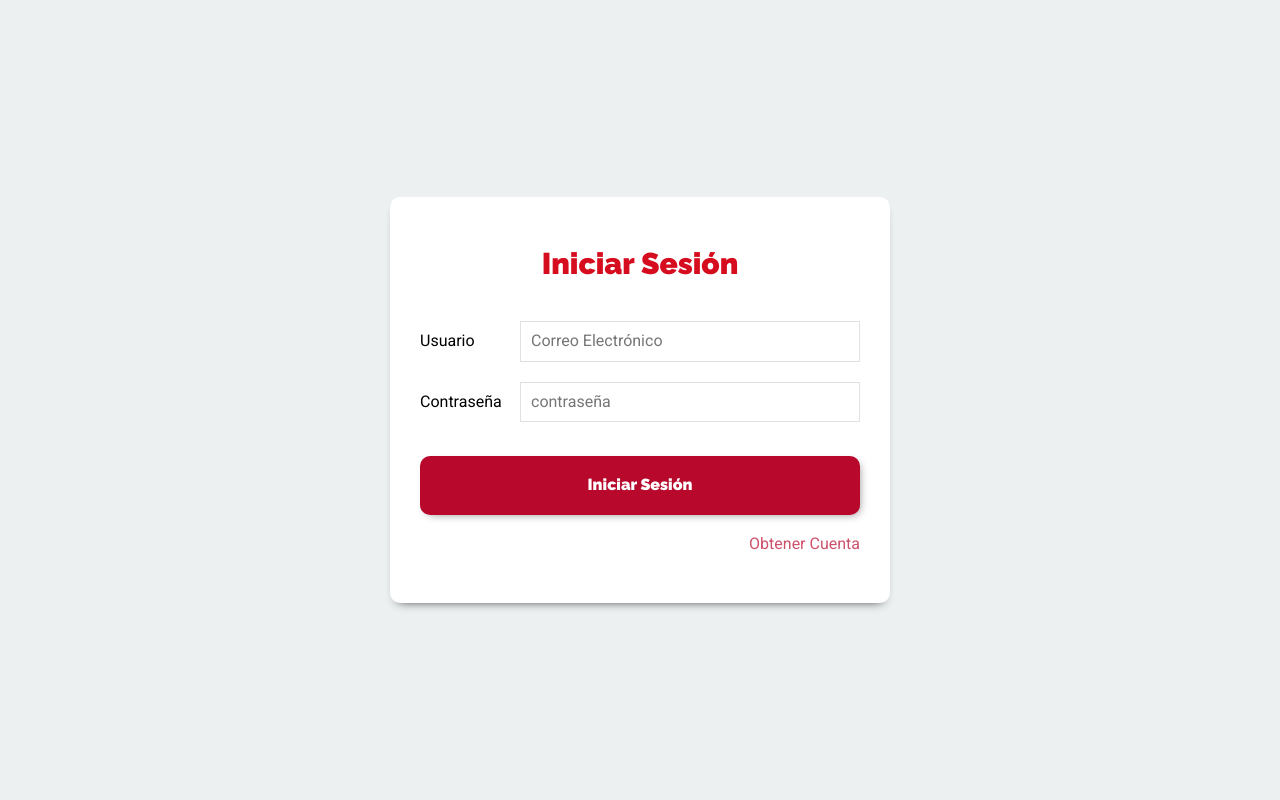
Repository: andrescovarrubias/admin-proyectos
Page: / (app in cliente/)
The author's editor kept a copy of each file at every save. The page is drawn from the files as they stood at one save, then again after the next save.
The browser window is 1280 px wide. The pictures show the whole page.
The pointer rests on the first visible `.btn-primario`.
The project was rebuilt for these pictures with package versions that can differ from the ones it lists, and the page was loaded fresh each time. Also part of the build but not shown: cliente/src/components/auth/NuevaCuenta.jsx, cliente/src/components/proyectos/NuevoProyecto.jsx, cliente/src/components/layout/SideBar.jsx, cliente/src/components/proyectos/Proyectos.jsx.

Above is the page before, as saved 2020-10-31 17:55:02.

After the next save:
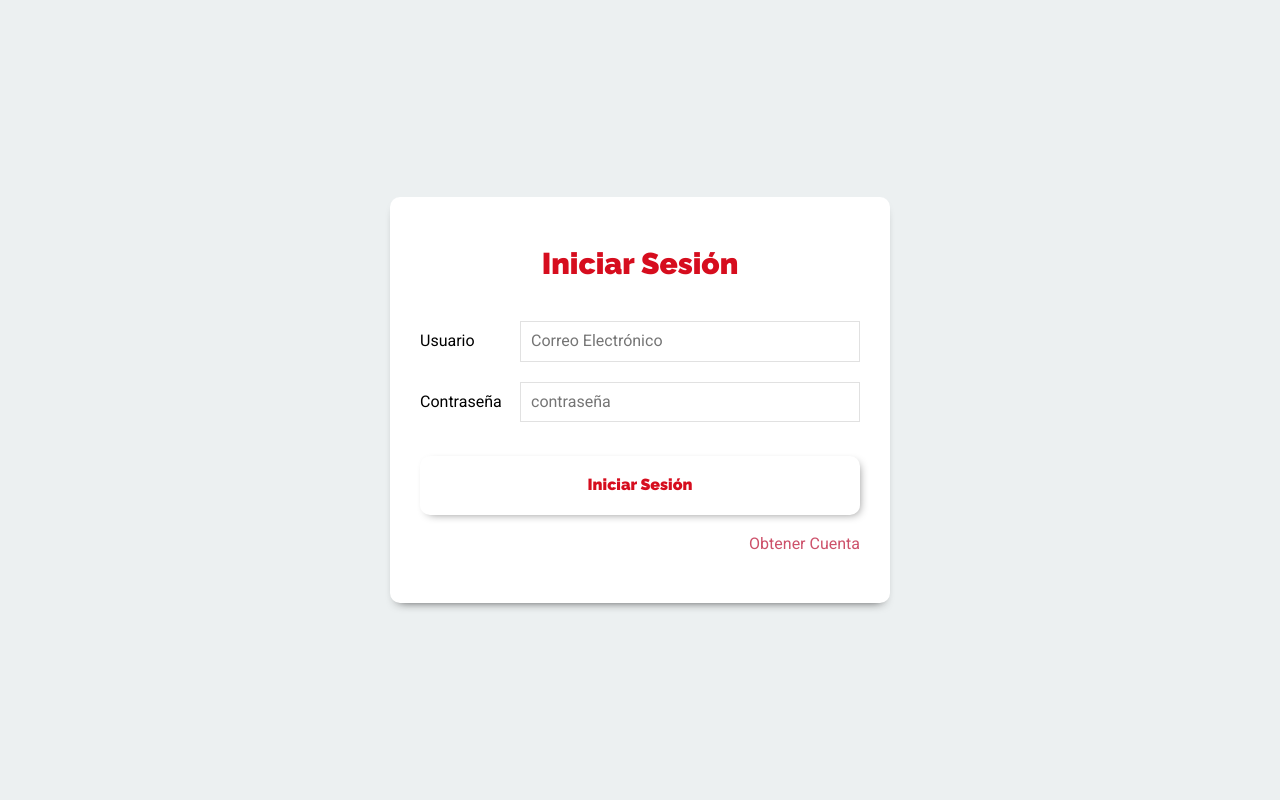
Saved 14 s later.
--- a/cliente/src/index.css
+++ b/cliente/src/index.css
@@ -78,8 +78,8 @@ a {
   color: var(--rojo);
 }
 .btn-primario:hover {
-  background: var(--rojo2);
-  color: var(--blanco);
+  /* background: var(--rojo2);
+  color: var(--blanco); */
 }
 .btn-secundario {
   background-color: var(--rojo2);
